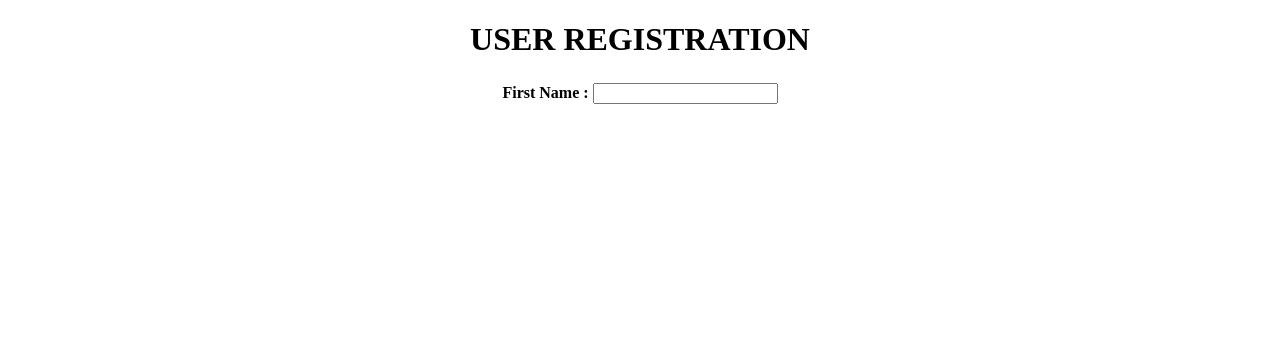
Repository: sachinmandloi1921/AdvanceJava
Page: http://localhost/Advance_Maven/RegView.jsp
An editor plug-in stored every save of this project. The page is shown before and after the next save, followed by the edit.
The browser window is 1280 px wide. The pictures show the whole page.
The page is served by Tomcat 9. Other server files are loaded and not shown.

Above is the page before, as saved 2022-07-09 11:16:40.

### Advance Workspace/Advance_Maven/src/main/webapp/RegView.jsp
<%@ page language="java" contentType="text/html; charset=ISO-8859-1"
    pageEncoding="ISO-8859-1"%>
<!DOCTYPE html>
<html>
<head>
<meta charset="ISO-8859-1">
<title>Insert title here</title>
</head>
<body>
<form action="reg" method="post">

		<div align="center">
			<h1>USER REGISTRATION</h1>
			<table>
				<tr>
					<th>First Name :</th>
					<td><input type="text" name="fname"></td>
				</tr>



</body>
</html>

After the next save:
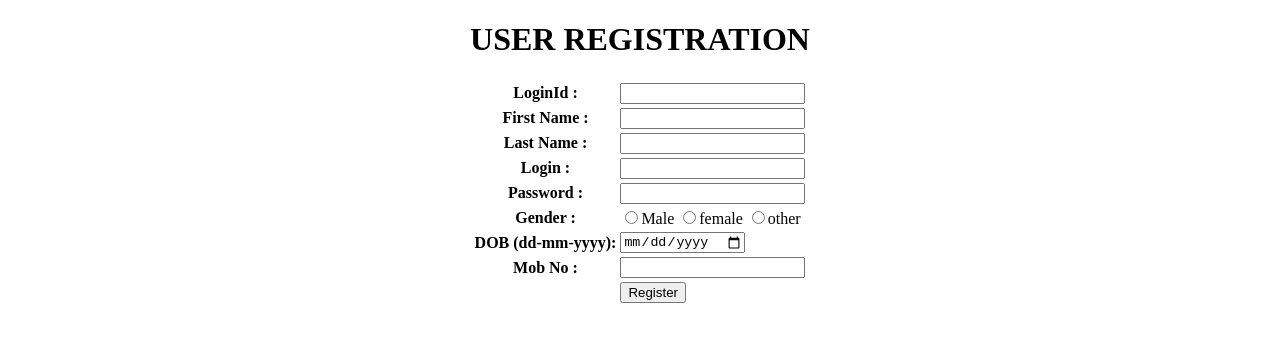
Saved 4 min 4 s later.
--- a/Advance Workspace/Advance_Maven/src/main/webapp/RegView.jsp
+++ b/Advance Workspace/Advance_Maven/src/main/webapp/RegView.jsp
@@ -1,5 +1,5 @@
 <%@ page language="java" contentType="text/html; charset=ISO-8859-1"
-    pageEncoding="ISO-8859-1"%>
+	pageEncoding="ISO-8859-1"%>
 <!DOCTYPE html>
 <html>
 <head>
@@ -7,17 +7,62 @@
 <title>Insert title here</title>
 </head>
 <body>
-<form action="reg" method="post">
+	<form action="reg" method="post">
 
 		<div align="center">
 			<h1>USER REGISTRATION</h1>
 			<table>
+			<tr>
+					<th>LoginId :</th>
+					<td><input type="text" name="Loginid"></td>
+				</tr>
 				<tr>
 					<th>First Name :</th>
 					<td><input type="text" name="fname"></td>
 				</tr>
 
+				<tr>
+					<th>Last Name :</th>
+					<td><input type="text" name="lname"></td>
+				</tr>
+
+				<tr>
+					<th>Login :</th>
+					<td><input type="login" name="login"></td>
+				</tr>
+
+				<tr>
+					<th>Password :</th>
+					<td><input type="password" name="pwd"></td>
+				</tr>
+
+				<tr>
+					<th>Gender :</th>
+					<td><input type="radio" name="gender">Male <input
+						type="radio" name="gender">female <input type="radio"
+						name="gender">other</td>
+				</tr>
+
+				<tr>
+					<th>DOB (dd-mm-yyyy):</th>
+					<td><input type="date" name="dob"></td>
+				</tr>
+
+				<tr>
+					<th>Mob No :</th>
+					<td><input type="text" name="mob"></td>
+				</tr>
 
 
+
+				<tr>
+					<th></th>
+					<td><input type="submit" value="Register"></td>
+				</tr>
+
+			</table>
+		</div>
+
+	</form>
 </body>
 </html>
